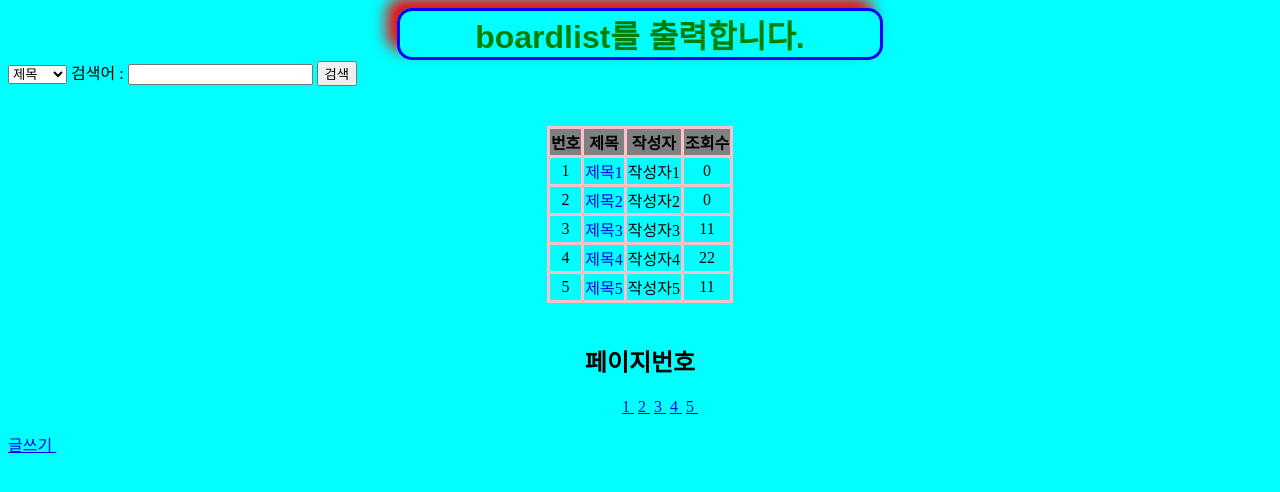
Repository: Kray273/JSLab
Page: css/src/main/webapp/Day97/boardlist.html
These files come from the project's save history. The page is drawn as it stood at one moment and after the next save; the edit follows.
The browser window is 1280 px wide. The pictures show the whole page.

Above is the page before, as saved 2022-11-25 09:17:05.

After the next save:
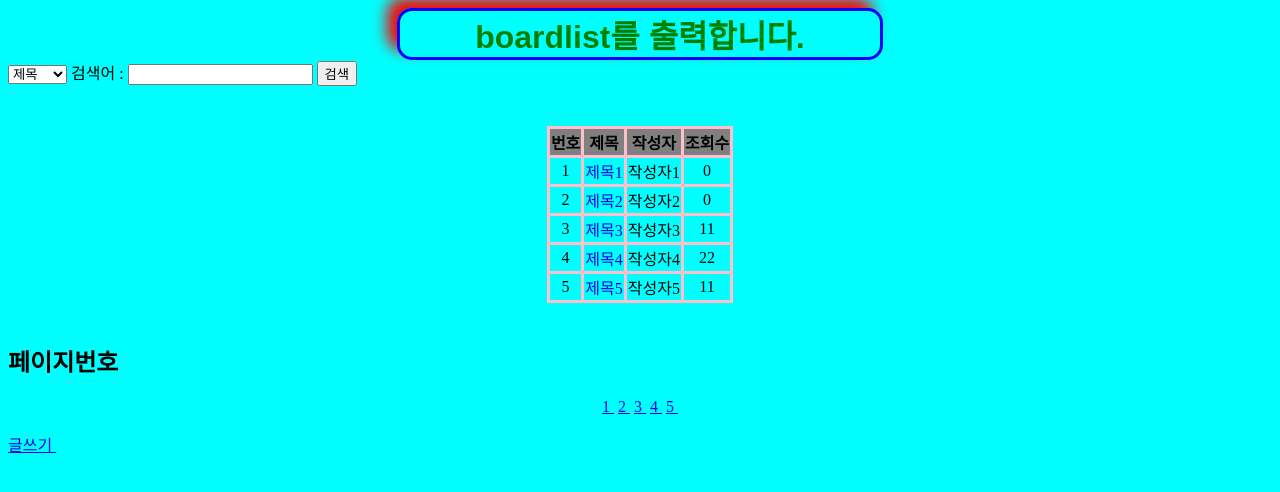
Saved 57 s later.
--- a/css/src/main/webapp/Day97/boardlist.html
+++ b/css/src/main/webapp/Day97/boardlist.html
@@ -31,8 +31,8 @@
 		text-decoration: none;
 	}
 
-	#pagenum {
-		padding :0px 0px 0px 0px;
+	#pagenum ol{
+		padding :0px ;
 		text-align: center;
 	}
 	#pagenum li{
